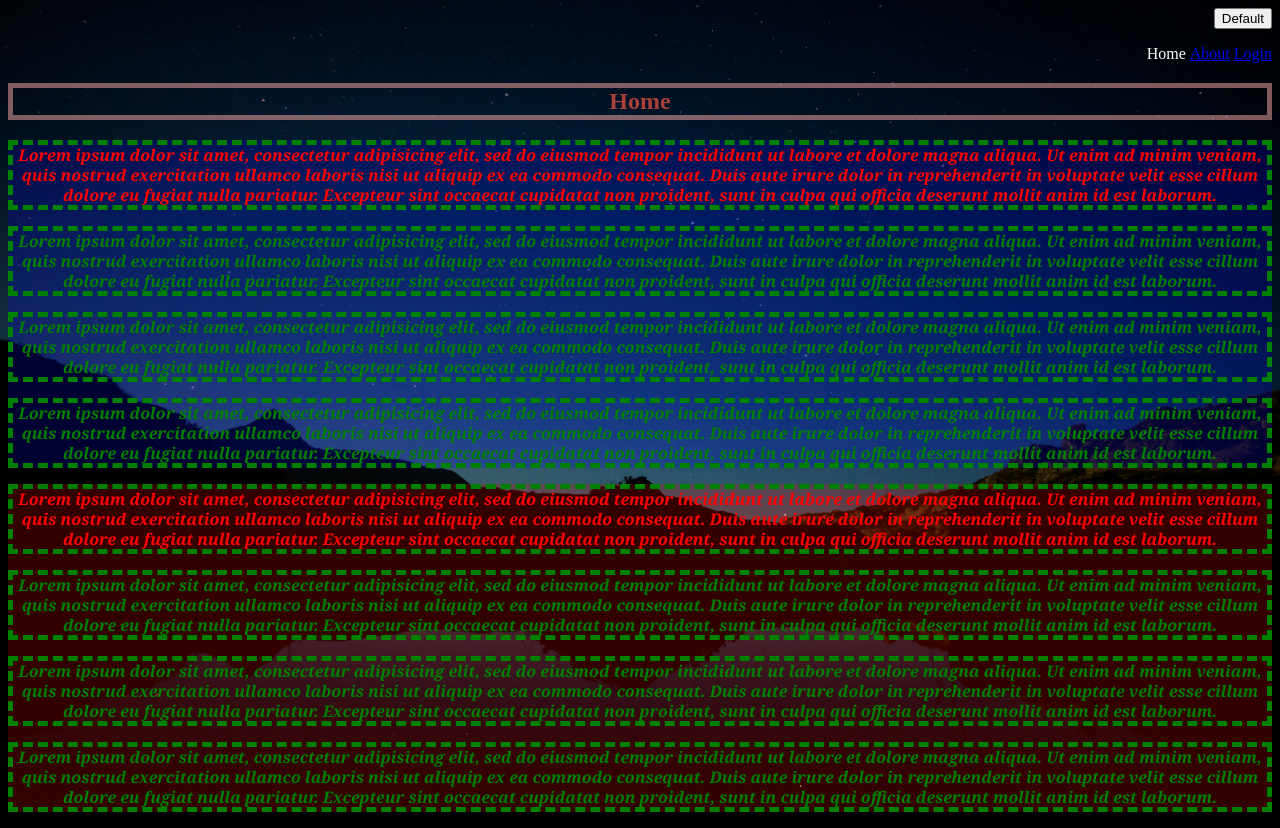
Repository: rileymeye1/ZTM
Page: project_files/index.html
These files come from the project's save history. The page is drawn as it stood at one moment and after the next save; the edit follows.
The browser window is 1280 px wide. The pictures show the whole page.

Above is the page before, as saved 2024-08-19 17:14:01.

### project_files/index.html

<!DOCTYPE html>
<html>
<head>
  <title>My first website!</title>
  <link rel="stylesheet" type="text/css" href="style.css">
</head>
<body>
  <button class="btn btn-primary">Default</button>
  <header>
    <nav>
      <ul>
        <li>Home</li>
        <li><a href="about.html">About</a></li>
        <li><a href="login.html">Login</a></li>
      </ul>
    </nav>
  </header>
  <section>
    <h2>Home</h2>
    <div id="div1">
      <p class="webtext active">Lorem ipsum dolor sit amet, consectetur adipisicing elit, sed do eiusmod
      tempor incididunt ut labore et dolore magna aliqua. Ut enim ad minim veniam,
      quis nostrud exercitation ullamco laboris nisi ut aliquip ex ea commodo
      consequat. Duis aute irure dolor in reprehenderit in voluptate velit esse
      cillum dolore eu fugiat nulla pariatur. Excepteur sint occaecat cupidatat non
      proident, sunt in culpa qui officia deserunt mollit anim id est laborum.</p>
      <p class="webtext">Lorem ipsum dolor sit amet, consectetur adipisicing elit, sed do eiusmod
      tempor incididunt ut labore et dolore magna aliqua. Ut enim ad minim veniam,
      quis nostrud exercitation ullamco laboris nisi ut aliquip ex ea commodo
      consequat. Duis aute irure dolor in reprehenderit in voluptate velit esse
      cillum dolore eu fugiat nulla pariatur. Excepteur sint occaecat cupidatat non
      proident, sunt in culpa qui officia deserunt mollit anim id est laborum.</p>
      <p class="webtext">Lorem ipsum dolor sit amet, consectetur adipisicing elit, sed do eiusmod
      tempor incididunt ut labore et dolore magna aliqua. Ut enim ad minim veniam,
      quis nostrud exercitation ullamco laboris nisi ut aliquip ex ea commodo
      consequat. Duis aute irure dolor in reprehenderit in voluptate velit esse
      cillum dolore eu fugiat nulla pariatur. Excepteur sint occaecat cupidatat non
      proident, sunt in culpa qui officia deserunt mollit anim id est laborum.</p>
      <p class="webtext">Lorem ipsum dolor sit amet, consectetur adipisicing elit, sed do eiusmod
      tempor incididunt ut labore et dolore magna aliqua. Ut enim ad minim veniam,
      quis nostrud exercitation ullamco laboris nisi ut aliquip ex ea commodo
      consequat. Duis aute irure dolor in reprehenderit in voluptate velit esse
      cillum dolore eu fugiat nulla pariatur. Excepteur sint occaecat cupidatat non
      proident, sunt in culpa qui officia deserunt mollit anim id est laborum.</p>
    </div>
    <div id="div2">
      <p class="webtext active">Lorem ipsum dolor sit amet, consectetur adipisicing elit, sed do eiusmod
      tempor incididunt ut labore et dolore magna aliqua. Ut enim ad minim veniam,
      quis nostrud exercitation ullamco laboris nisi ut aliquip ex ea commodo
      consequat. Duis aute irure dolor in reprehenderit in voluptate velit esse
      cillum dolore eu fugiat nulla pariatur. Excepteur sint occaecat cupidatat non
      proident, sunt in culpa qui officia deserunt mollit anim id est laborum.</p>
      <p class="webtext">Lorem ipsum dolor sit amet, consectetur adipisicing elit, sed do eiusmod
      tempor incididunt ut labore et dolore magna aliqua. Ut enim ad minim veniam,
      quis nostrud exercitation ullamco laboris nisi ut aliquip ex ea commodo
      consequat. Duis aute irure dolor in reprehenderit in voluptate velit esse
      cillum dolore eu fugiat nulla pariatur. Excepteur sint occaecat cupidatat non
      proident, sunt in culpa qui officia deserunt mollit anim id est laborum.</p>
      <p class="webtext">Lorem ipsum dolor sit amet, consectetur adipisicing elit, sed do eiusmod
      tempor incididunt ut labore et dolore magna aliqua. Ut enim ad minim veniam,
      quis nostrud exercitation ullamco laboris nisi ut aliquip ex ea commodo
      consequat. Duis aute irure dolor in reprehenderit in voluptate velit esse
      cillum dolore eu fugiat nulla pariatur. Excepteur sint occaecat cupidatat non
      proident, sunt in culpa qui officia deserunt mollit anim id est laborum.</p>
      <p class="webtext">Lorem ipsum dolor sit amet, consectetur adipisicing elit, sed do eiusmod
      tempor incididunt ut labore et dolore magna aliqua. Ut enim ad minim veniam,
      quis nostrud exercitation ullamco laboris nisi ut aliquip ex ea commodo
      consequat. Duis aute irure dolor in reprehenderit in voluptate velit esse
      cillum dolore eu fugiat nulla pariatur. Excepteur sint occaecat cupidatat non
      proident, sunt in culpa qui officia deserunt mollit anim id est laborum.</p>
    </div>
  </section>
</body>
</html>

### project_files/style.css
/* Selector {
  Property: value;
} */

* {
  text-align: right;
}

body {
  background-image: url(background.jpg);
  background-size: cover;
}

h2, p {
  color: #AA4139;
  text-align: center;
  border: 5px solid rgb(255, 176, 170, 0.5);
  cursor: pointer;
}

p {
  color: pink;
  line-height: 20px;
  font-style: italic;
  font-weight: bold;
  font-size: 100%;
  font-family: Georgia;
}

p {
  color: green;
}

li {
  list-style: none;
  color: white;
  display: inline-block;
}

.webtext {
  border: 5px dashed green;
}

.active {
  color: red;
}

#div1 {
  background: rgba(0, 0, 255, 0.2);
}

#div2 {
  background: rgba(255, 0, 0, 0.2);
}

After the next save:
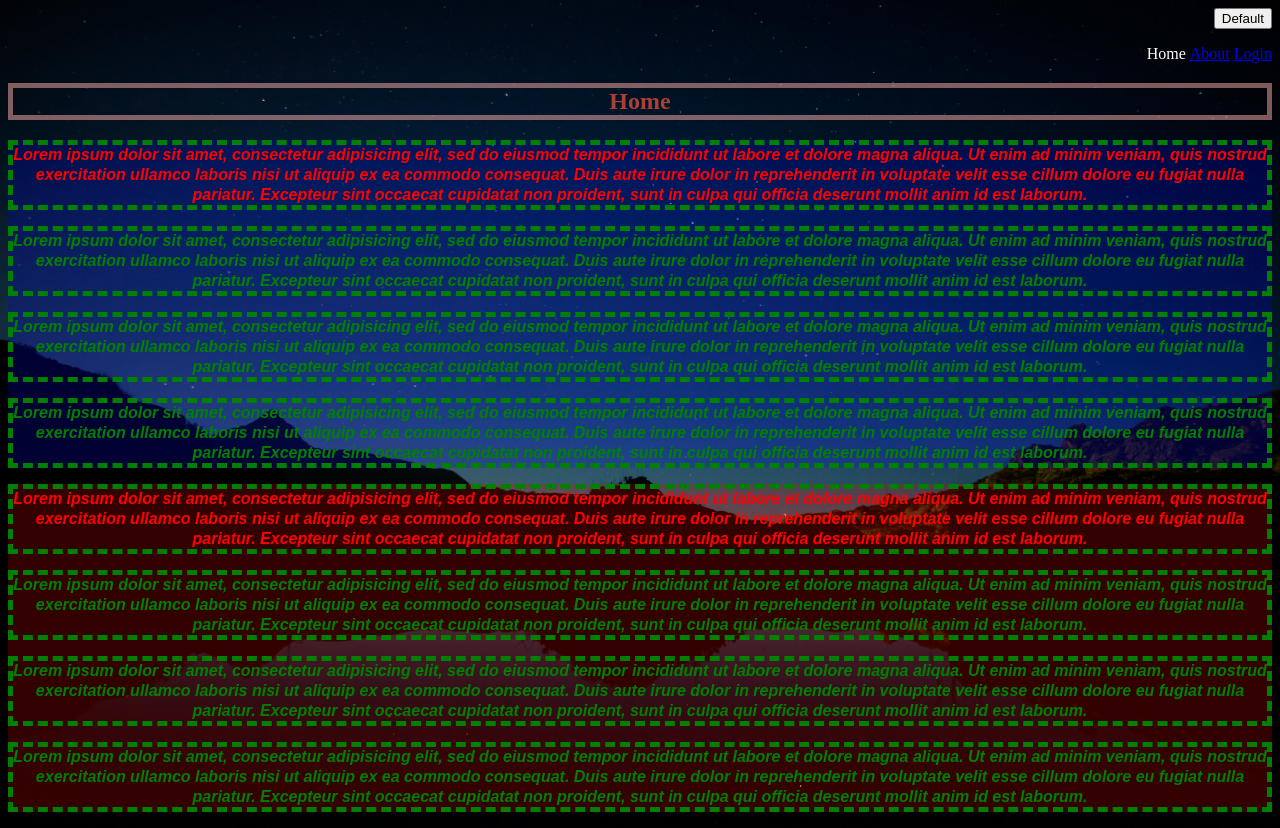
Saved 4 min 46 s later.
--- a/project_files/style.css
+++ b/project_files/style.css
@@ -24,7 +24,7 @@
   font-style: italic;
   font-weight: bold;
   font-size: 100%;
-  font-family: Georgia;
+  font-family: "Poiret One", sans-serif;
 }
 
 p {
